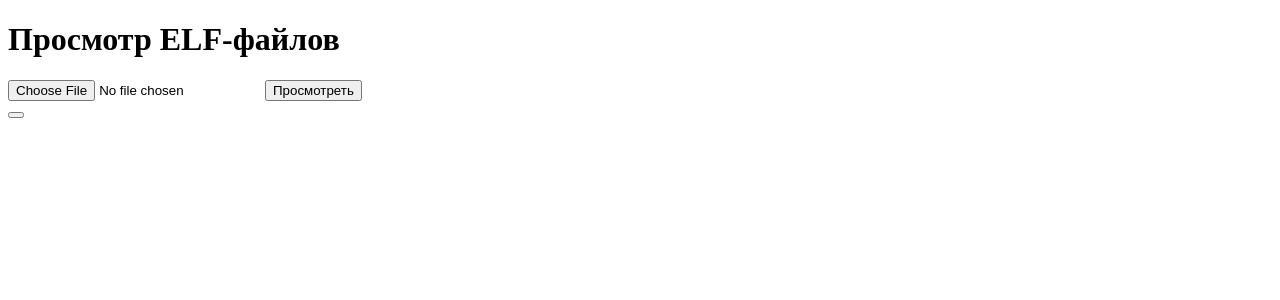
Repository: Predkor/OC
Page: main.html
An editor plug-in stored every save of this project. The page is shown before and after the next save, followed by the edit.
The browser window is 1280 px wide. The pictures show the whole page.

Above is the page before, as saved 2024-09-23 16:04:44.

After the next save:
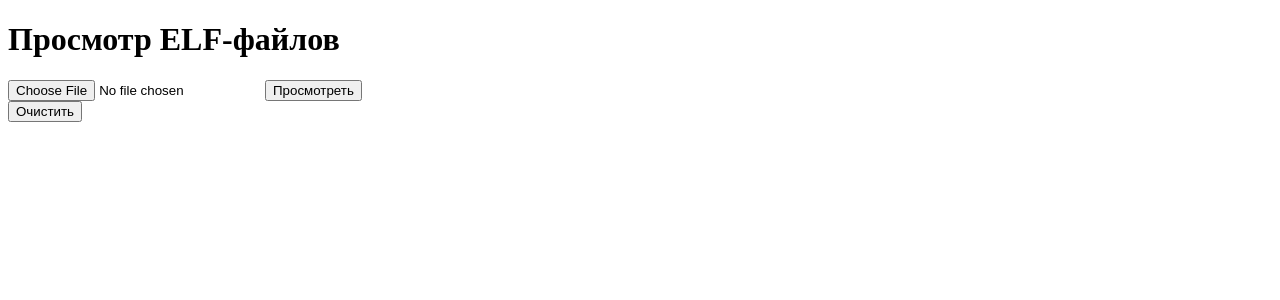
Saved 5 s later.
--- a/main.html
+++ b/main.html
@@ -14,7 +14,7 @@
         <input type="submit" value="Просмотреть">
     </form>
 
-    <button id="btn-clear"></button>
+    <button id="btn-clear">Очистить</button>
 
 </body>
 </html>
